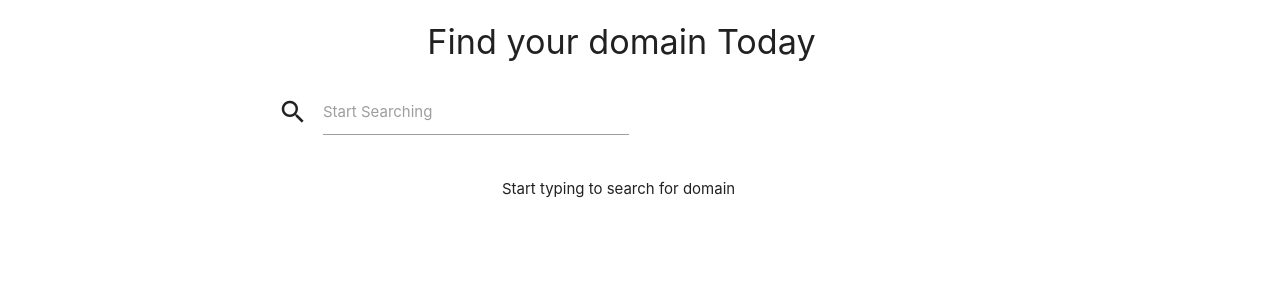
Repository: habib-urrehmaan/domain-name-searcher
Page: / (app in client/)
These files come from the project's save history. The page is drawn as it stood at one moment and after the next save; the edit follows.
The browser window is 1280 px wide. The pictures show the whole page.
The project was rebuilt for these pictures with package versions that can differ from the ones it lists, and the page was loaded fresh each time.

Above is the page before, as saved 2020-04-17 18:14:25.

After the next save:
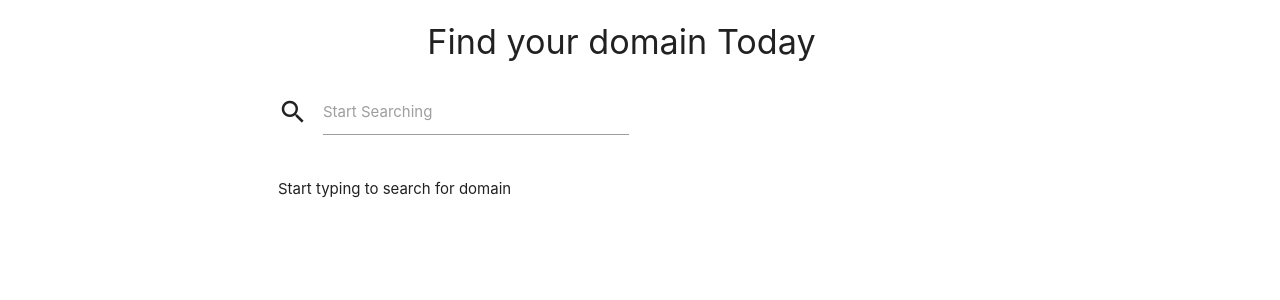
Saved 11 s later.
--- a/client/src/Output.js
+++ b/client/src/Output.js
@@ -6,9 +6,9 @@ export default function Output(props) {
     console.log("output data",data);
     return (
         <div className="row">
-        {(data)?(<div className="col offset-s4">{(data.available)?(<div><span>Congratulations! This domain is available</span><br/>
+        {(data)?(<div className="col offset-s1">{(data.available)?(<div><span>Congratulations! This domain is available</span><br/>
             <span><b>Price:</b>{data.price}{data.currency}</span></div>):(data.code)?(<div>{data.message}</div>):(<span>Sorry this domain is not Available</span>)}</div>)
-            :(<div className="col offset-s4">Start typing to search for domain</div>)}
+            :(<div className="col offset-s1">Start typing to search for domain</div>)}
 
 
         </div>
